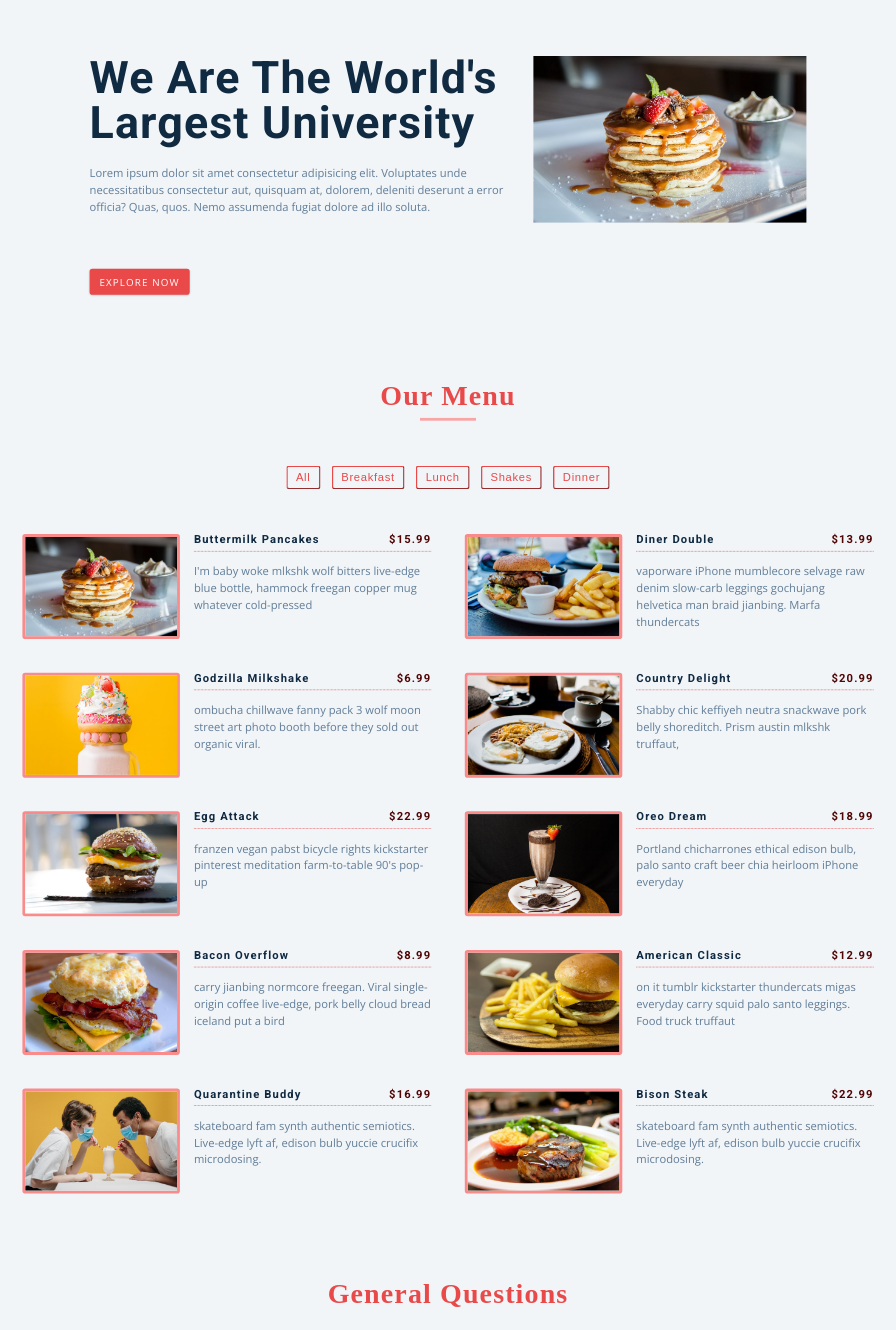
Repository: xoshiraghavx/Food-you
Page: index.html
An editor plug-in stored every save of this project. The page is shown before and after the next save, followed by the edit.
The browser window is 1280 px wide. The pictures show the part of the page from y = 720 to 2620 px (the page is 3226 px tall before and 3162 px after), at 70% of full size.
Some web libraries are served in a nearby version.

Above is the page before, as saved 2022-12-03 09:17:37.

### index.html
<!DOCTYPE html>
<html lang="en">
  <head>
    <meta charset="UTF-8" />
    <meta name="viewport" content="width=device-width, initial-scale=1.0" />
    <title>interior design</title>
    <!-- font-awesome -->
    <link
      rel="stylesheet"
      href="https://cdnjs.cloudflare.com/ajax/libs/font-awesome/5.14.0/css/all.min.css"
    />

    <!-- styles -->
    <link rel="stylesheet" href="styles.css" />
  </head>
  <body>
<nav>
  <div class="nav-center">
    <div class="nav-header">
      <div class="logo-div">
      <img src="./img/logo.png" alt="logo" class="logo">
      <div class="logo-name">
      <p><span id="color"><b>FOOD </b><br><i>& you</i></span></p>
    </div>
    </div>
      <button class="nav-toggle">
        <i class="fas fa-bars"></i>
      </button>
    </div>
    <!-- links -->
    <!-- <ul class="links">

      <li>
        <a href="index.html">home</a>
      </li>
      <li>
    </ul> -->
    <!-- social media -->
    <ul class="social-icons">
      <li>
        <a href="https://www.facebook.com">
          <i class="fab fa-facebook"></i>
        </a>
      </li>
      <li>
        <a href="https://www.twitter.com">
          <i class="fab fa-twitter"></i>
        </a>
      </li>
      <li>
        <a href="https://www.instagram.com">
          <i class="fab fa-instagram"></i>
        </a>
      </li>
      <li>
        <a href="https://www.linkedin.com">
          <i class="fab fa-linkedin"></i>
        </a>
      </li>
      <li>
        <a href="https://www.twitter.com">
          <i class="fab fa-sketch"></i>
        </a>
      </li>
    </ul>
  </div>
</nav>
<header class="hero">
  <div class="banner">
    <h2>Looking for some food!</h2>
    <button class="btn modal-btn">Order Now</button>
  </div>
</header>
<div class="modal-overlay">
  <div class="modal-container">
    <br>
    <h3>Title</h3>
    <p>Lorem ipsum dolor sit amet consectetur adipisicing elit. Illo deleniti eum mollitia distinctio! Nesciunt dolor minima animi esse officia! Recusandae? Lorem ipsum dolor sit amet consectetur, adipisicing elit. Aspernatur, hic.</p>
    <button class="close-btn">
      <i class="fas fa-times"> </i>
    </button>
  </div>
</div>
    <!-- -------about us content---------->
    <section class="about-us">
      <div class="row">
          <div class="about-col">
              <h1>We are the world's largest university</h1>
              <p>Lorem ipsum dolor sit amet consectetur adipisicing elit. Voluptates unde necessitatibus consectetur aut, quisquam at, dolorem, deleniti deserunt a error officia? Quas, quos. Nemo assumenda fugiat dolore ad illo soluta.</p>
              <a href="" class="btn modal-btn">EXPLORE NOW</a>
          </div>
          <div class="about-col">
              <img src="./img/item-1.jpeg" alt="">
          </div>
      </div>
  </section>
<section class="menu">
  <div class="title">
    <h2>Our Menu</h2>
    <div class="underline"></div>
  </div>
  <div class="btn-container">
    <!-- <button class="filter-btn" type="button" data-id="all">all</button>
    <button class="filter-btn" type="button"data-id="breakfast">breakfast</button>
    <button class="filter-btn" type="button" data-id="lunch">lunch</button>
    <button class="filter-btn" type="button" data-id="shakes">shakes</button> -->
  </div>
    <div class="section-center">
      <!-- <article class="menu-item">
        <img src="./menu-item.jpeg" class="photo" alt="menu item">
        <div class="item-info">
          <header>
            <h4>buttermilk pancakes</h4>
            <h4 class="price">Rs 600/-</h4>
          </header>
          <p class="item-text">Lorem ipsum, dolor sit amet consectetur adipisicing elit. Dolore totam aliquid ut eius architecto magni cumque explicabo voluptate, repudiandae harum.</p>
        </div>
      </article> -->
    </div>
</section>
<section class="questions">
  <div class="title">
    <h2>general questions</h2>
  </div>
  <div class="question-center">
    <article class="question">
      <div class="question-title">
      <p>When will my order be delivered?</p>
      <button type="button" class="question-btn">
        <span class="plus-icon">
      <i class="far fa-plus-square"></i>
        </span>

        <span class="minus-icon">
      <i class="far fa-minus-square"></i>
        </span>

      </button>
    </div>
    <div class="question-text">
      <p>Estimated delivery are given against each products. While sincere efforts are being made to deliver the products within the given time frame factors like, availability, festive seasons, courier delays are bound to happen. These factors are constantly monitored to keep any inordinate delays under control.</p>
    </div>
    </article>
    <article class="question">
      <div class="question-title">
      <p>Do you offer Cash on Delivery?</p>
      <button type="button" class="question-btn">
        <span class="plus-icon">
      <i class="far fa-plus-square"></i>
        </span>

        <span class="minus-icon">
      <i class="far fa-minus-square"></i>
        </span>

      </button>
    </div>
    <div class="question-text">
      <p>Yes. We offer Cash on Delivery which most of the other websites don't offer.</p>
    </div>
    </article>
    <article class="question">
      <div class="question-title">
      <p>do you use organic indegridents?</p>
      <button type="button" class="question-btn">
        <span class="plus-icon">
      <i class="far fa-plus-square"></i>
        </span>

        <span class="minus-icon">
      <i class="far fa-minus-square"></i>
        </span>

      </button>
    </div>
    <div class="question-text">
      <p>We deliver the products that are fresh and systems are kept in place to source the best products and safely consign them to you. We don't stock the products but place once we receive orders.</p>
    </div>
    </article>
  </div>
</section>
<!-- --------footer--------- -->
<section class="footer">
  <h4 id="color">Food & you</h4>
  <p>Fulfill your comfort food cravings here.</p>
  <ul class="icons">
    <li>
      <a href="https://www.facebook.com">
        <i class="fab fa-facebook"></i>
      </a>
    </li>
    <li>
      <a href="https://www.twitter.com">
        <i class="fab fa-twitter"></i>
      </a>
    </li>
    <li>
      <a href="https://www.instagram.com">
        <i class="fab fa-instagram"></i>
      </a>
    </li>
    <li>
      <a href="https://www.linkedin.com">
        <i class="fab fa-linkedin"></i>
      </a>
    </li>
  </ul>
  <p>Made by <b id="color">oshi Raghav</b></p>
</section>
<!-- javascript -->
    <script src="app.js"></script>
  </body>
</html>

### styles.css
/*
===============
Fonts
===============
*/
@import url('https://fonts.googleapis.com/css?family=Open+Sans|Roboto:400,700&display=swap');

/*
===============
Variables
===============
*/

:root {
  /* dark shades of primary color*/
  --clr-primary-1: hsl(0, 86%, 17%);
  --clr-primary-2: hsl(0, 77%, 27%);
  --clr-primary-3: hsl(0, 72%, 37%);
  --clr-primary-4: hsl(0, 63%, 48%);
  /* primary/main color */
  --clr-primary-5: hsl(0, 78%, 60%);
  /* lighter shades of primary color */
  --clr-primary-6: hsl(0, 90%, 70%);
  --clr-primary-7: hsl(0, 90%, 76%);
  --clr-primary-8: hsl(0, 86%, 81%);
  --clr-primary-9: hsl(0, 90%, 88%);
  --clr-primary-10: hsl(0, 100%, 96%);
  /* darkest grey - used for headings */
  --clr-grey-1: hsl(209, 61%, 16%);
  --clr-grey-2: hsl(211, 39%, 23%);
  --clr-grey-3: hsl(209, 34%, 30%);
  --clr-grey-4: hsl(209, 28%, 39%);
  /* grey used for paragraphs */
  --clr-grey-5: hsl(210, 22%, 49%);
  --clr-grey-6: hsl(209, 23%, 60%);
  --clr-grey-7: hsl(211, 27%, 70%);
  --clr-grey-8: hsl(210, 31%, 80%);
  --clr-grey-9: hsl(212, 33%, 89%);
  --clr-grey-10: hsl(210, 36%, 96%);
  --clr-white: #fff;
  --clr-red-dark: hsl(360, 67%, 44%);
  --clr-red-light: hsl(360, 71%, 66%);
  --clr-green-dark: hsl(125, 67%, 44%);
  --clr-green-light: hsl(125, 71%, 66%);
  --clr-black: #222;
  --ff-primary: 'Roboto', sans-serif;
  --ff-secondary: 'Open Sans', sans-serif;
  --transition: all 0.3s linear;
  --spacing: 0.1rem;
  --radius: 0.25rem;
  --light-shadow: 0 5px 15px rgba(0, 0, 0, 0.1);
  --dark-shadow: 0 5px 15px rgba(0, 0, 0, 0.2);
  --max-width: 1170px;
  --fixed-width: 620px;
}
/*
===============
Global Styles
===============
*/

*,
::after,
::before {
  margin: 0;
  padding: 0;
  box-sizing: border-box;
}
body {
  font-family: var(--ff-secondary);
  background: var(--clr-grey-10);
  color: var(--clr-grey-1);
  line-height: 1.5;
  font-size: 0.875rem;
}
ul {
  list-style-type: none;
}
a {
  text-decoration: none;
}
img:not(.logo) {
  width: 100%;
}
img {
  display: block;
}
h1,
h2,
h3,
h4 {
  letter-spacing: var(--spacing);
  text-transform: capitalize;
  line-height: 1.25;
  margin-bottom: 0.75rem;
  font-family: var(--ff-primary);
}
h1 {
  font-size: 3rem;
}
h2 {
  font-size: 2rem;
}
h3 {
  font-size: 1.25rem;
}
h4 {
  font-size: 0.875rem;
}
p {
  margin-bottom: 1.25rem;
  color: var(--clr-grey-5);
}
@media screen and (min-width: 800px) {
  h1 {
    font-size: 4rem;
  }
  h2 {
    font-size: 2.5rem;
  }
  h3 {
    font-size: 1.75rem;
  }
  h4 {
    font-size: 1rem;
  }
  body {
    font-size: 1rem;
  }
  h1,
  h2,
  h3,
  h4 {
    line-height: 1;
  }
}
/*  global classes */
.btn {
  text-transform: uppercase;
  background: transparent;
  color: var(--clr-black);
  padding: 0.375rem 0.75rem;
  letter-spacing: var(--spacing);
  display: inline-block;
  transition: var(--transition);
  font-size: 0.875rem;
  border: 2px solid var(--clr-black);
  cursor: pointer;
  box-shadow: 0 1px 3px rgba(0, 0, 0, 0.2);
  border-radius: var(--radius);
}
.btn:hover {
  color: var(--clr-white);
  background: var(--clr-black);
}
/* section */
.section {
  padding: 5rem 0;
}


@media screen and (min-width: 992px) {
  .section-center .question-center {
    width: 95vw;
  }
}
main {
  min-height: 100vh;
  display: grid;
  place-items: center;
}

/*
===============
Navbar
===============
*/
nav {
  background: var(--clr-white);
  box-shadow: var(--light-shadow);
  position: fixed;
  width: 100%;
}
.nav-header {
  display: flex;
  align-items: center;
  justify-content: space-between;
  padding: 1rem;
}
.nav-toggle {
  font-size: 1.5rem;
  color: var(--clr-primary-5);
  background: transparent;
  border-color: transparent;
  transition: var(--transition);
  cursor: pointer;
}
.nav-toggle:hover {
  color: var(--clr-primary-1);
  transform: rotate(90deg);
}
.logo-div{
  display: flex;
}
.logo {
  height: 90px;
  width: 90px;
}
.logo-name{
  margin-top: 20px;
}
#color{
  color: var(--clr-red-dark);

}
/* .links a {
  color: var(--clr-grey-3);
  font-size: 1rem;
  text-transform: capitalize;
  letter-spacing: var(--spacing);
  display: block;
  padding: 0.5rem 1rem;
  transition: var(--transition);
}
.links a:hover {
  background: var(--clr-primary-8);
  color: var(--clr-primary-5);
  padding-left: 1.5rem;
} */
.social-icons {
  display: none;
}
/* .links {
  height: 0;
  overflow: hidden;
  transition: var(--transition);
} */
.show-links {
  height: 10rem;
}
@media screen and (min-width: 800px) {
  .nav-center {
    max-width: 1170px;
    margin: 0 auto;
    display: flex;
    align-items: center;
    justify-content: space-between;
    padding: 1rem;
  }
  .nav-header {
    padding: 0;
  }
  .nav-toggle {
    display: none;
  }
  /* .links {
    height: auto;
    display: flex;
  }
  .links a {
    padding: 0;
    margin: 0 0.5rem;
  }
  .links a:hover {
    padding: 0;
    background: transparent;
  } */

  .social-icons {
    display: flex;
  }
  .social-icons a {
    margin: 0 0.5rem;
    color: var(--clr-primary-4);
    transition: var(--transition);
  }
  .social-icons a:hover {
    color: var(--clr-primary-7);
  }
}
/* modal css  */
.hero {
  height: 100vh;
  background: linear-gradient(rgba(4, 9, 30, 0.421),rgba(4, 9, 30, 0.421)),url("https://discovertemplate.com/wp-content/uploads/2020/11/DT_G62_Food-drink-Animated-GIF-Icon-Pack.gif") center/cover no-repeat;
  display: grid;
  place-items: center;
}
.banner {
  background: var(--clr-white);
  padding: 4rem 0;
  border-radius: var(--radius);
  box-shadow: var(--light-shadow);
  text-align: center;
  width: 90vw;
  max-width: var(--fixed-width);
}
.modal-btn {
  margin-top: 2rem;
  background: var(--clr-primary-5);
  border-color: var(--clr-primary-5);
  color: var(--clr-white);
}
.modal-btn:hover {
  background: transparent;
  color: var(--clr-primary-5);
}
.modal-overlay {
  position: fixed;
  top: 0;
  left: 0;
  width: 100%;
  height: 100%;
  background: hsla(209, 61%, 16%, 0.77);
  display: grid;
  place-items: center;
  transition: var(--transition);
  visibility: hidden;
  z-index: -10;
}
/* OPEN/CLOSE MODAL */
.open-modal {
  visibility: visible;
  z-index: 10;
}
.modal-container {
  background: var(--clr-white);
  border-radius: var(--radius);
  width: 90vw;
  height: 30vh;
  max-width: var(--fixed-width);
  text-align: center;
  display: grid;
  place-items: center;
  position: relative;
}
.close-btn {
  position: absolute;
  top: 1rem;
  right: 1rem;
  font-size: 2rem;
  background: transparent;
  border-color: transparent;
  color: var(--clr-red-dark);
  cursor: pointer;
  transition: var(--transition);
}
.close-btn:hover {
  color: var(--clr-red-light);
  transform: scale(1.3);
}
/* menu css */

.menu {
  padding: 1rem 0;
}
.title {
  text-align: center;
  margin-bottom: 2rem;
}
.underline {
  width: 5rem;
  height: 0.25rem;
  background: var(--clr-primary-8);
  margin-left: auto;
  margin-right: auto;
}
.btn-container {
  margin-bottom: 4rem;
  display: flex;
  justify-content: center;
}
.filter-btn {
  background: transparent;
  border-color: var(--clr-primary-5);
  font-size: 1rem;
  text-transform: capitalize;
  margin: 0 0.5rem;
  letter-spacing: 1px;
  border-radius: var(--radius);
  padding: 0.375rem 0.75rem;
  color: var(--clr-primary-5);
  cursor: pointer;
  transition: var(--transition);
}
.filter-btn:hover {
  background: var(--clr-primary-5);
  color: var(--clr-white);
}
.section-center .question-center{
  width: 90vw;
  max-width: 1170px;
}
.section-center{
  display: grid;
  margin: 0 auto;
  gap: 3rem 3rem;
  justify-items: center;
}
.menu-item {
  display: grid;
  gap: 1rem 2rem;
  max-width: 25rem;
}
.photo {
  object-fit: cover;
  height: 200px;
  border: 0.25rem solid var(--clr-primary-7);
  border-radius: var(--radius);
}
.item-info header {
  display: flex;
  justify-content: space-between;
  border-bottom: 0.5px dotted var(--clr-primary-5);
}
.item-info h4 {
  margin-bottom: 0.5rem;
}
.price {
  color: var(--clr-primary-1);
}
.item-text {
  margin-bottom: 0;
  padding-top: 1rem;
}

@media screen and (min-width: 768px) {
  .menu-item {
    grid-template-columns: 225px 1fr;
    gap: 0 1.25rem;
    max-width: 40rem;
  }
  .photo {
    height: 175px;
  }
}
@media screen and (min-width: 1200px) {
  .section-center {
    width: 95vw;
    grid-template-columns: 1fr 1fr;
  }
  .photo {
    height: 150px;
  }
}

/*
===============
Questions
===============
*/
.title {
  margin-top: 15vh;
  margin-bottom: 4rem;
}
.title h2 {
  color: var(--clr-primary-5);
  font-family: "Great Vibes", cursive;
  text-align: center;
}
.question-center {
  max-width: var(--fixed-width);
  margin: 0 auto;
}
.question {
  background: var(--clr-white);
  border-radius: var(--radius);
  box-shadow: var(--light-shadow);
  padding: 1.5rem 1.5rem 0 1.5rem;
  margin-bottom: 2rem;
}
.question-title {
  display: flex;
  justify-content: space-between;
  align-items: center;
  text-transform: capitalize;
  padding-bottom: 1rem;
}
.question-title p {
  margin-bottom: 0;
  letter-spacing: var(--spacing);
  color: var(--clr-grey-1);
}
.question-btn {
  font-size: 1.5rem;
  background: transparent;
  border-color: transparent;
  cursor: pointer;
  color: var(--clr-primary-5);
  transition: var(--transition);
}
.question-btn:hover {
  transform: rotate(90deg);
}
.question-text {
  padding: 1rem 0 1.5rem 0;
  border-top: 1px solid rgba(0, 0, 0, 0.2);
}
.question-text p {
  margin-bottom: 0;
}
/* hide text */
.question-text {
  display: none;
}
.show-text .question-text {
  display: block;
}
.minus-icon {
  display: none;
}
.show-text .minus-icon {
  display: inline;
}
.show-text .plus-icon {
  display: none;
}
/* ---------footer----------- */
.footer{
  width: 100%;
  text-align: center;
  padding: 30px 0;
  background: var(--clr-primary-10);
}
.footer h4{
  margin-bottom: 25px;
  margin-top: 20px;
  font-weight: 600;
}
.icons{
  display: flex;
  flex-direction: row;
  justify-content: center;
  align-items: center;
}
.icons .fab{
  color: var(--clr-primary-5);
  margin: 0 13px;
  cursor: pointer;
  padding: 18px 0;
}
/* -------about us page------- */
.about-us{
  width: 80%;
  margin: auto;
  padding-top: 80px;
}
.about-col img{
  width: 100%;
}
.about-col p{
  padding: 15px 0 25px;
}
/* .red-btn{
  border: 1px solid #f44336;
  background: transparent;
  color: #f44336;
}
.red-btn:hover{
  color: #fff;
} */
.row{
  display: flex;
  flex-direction: row;
}

Loaded but not shown: app.js (194 lines, source omitted)

After the next save:
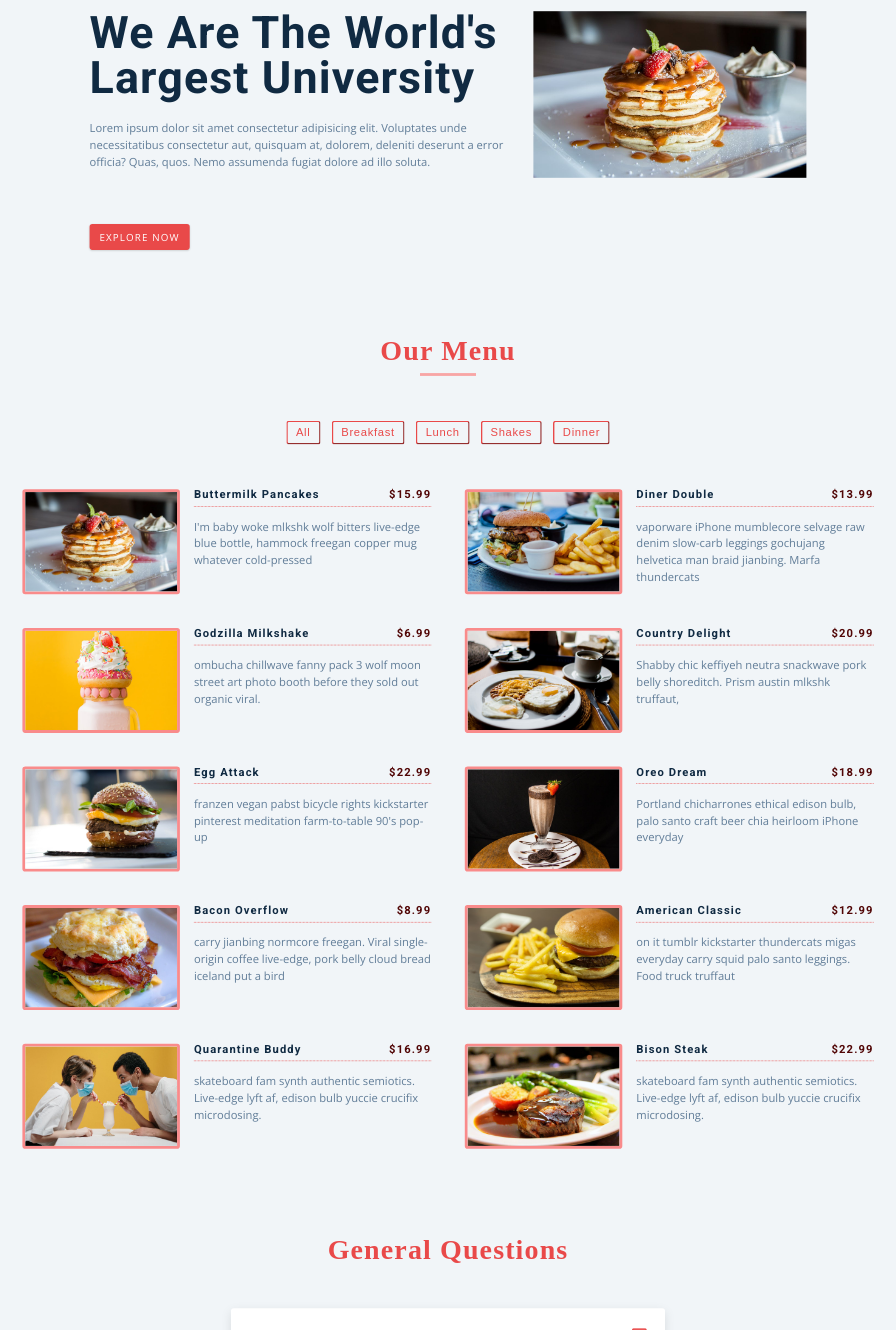
Saved 16 s later.
--- a/styles.css
+++ b/styles.css
@@ -542,7 +542,7 @@
 .about-us{
   width: 80%;
   margin: auto;
-  padding-top: 80px;
+  padding-top: 1rem;
 }
 .about-col img{
   width: 100%;

After the save that followed:
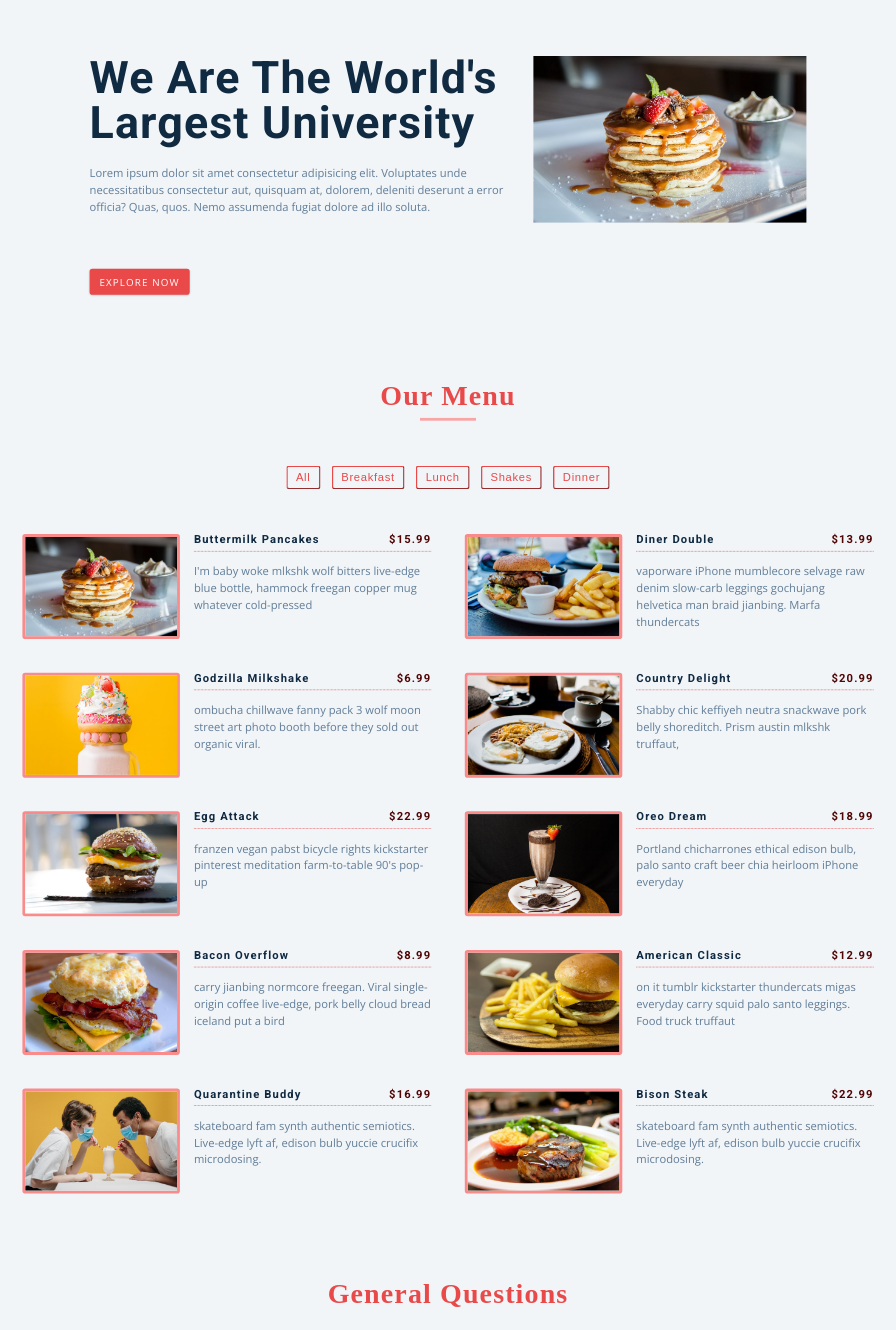
Saved 6 s later.
--- a/styles.css
+++ b/styles.css
@@ -542,7 +542,7 @@
 .about-us{
   width: 80%;
   margin: auto;
-  padding-top: 1rem;
+  padding-top: 5rem;
 }
 .about-col img{
   width: 100%;
